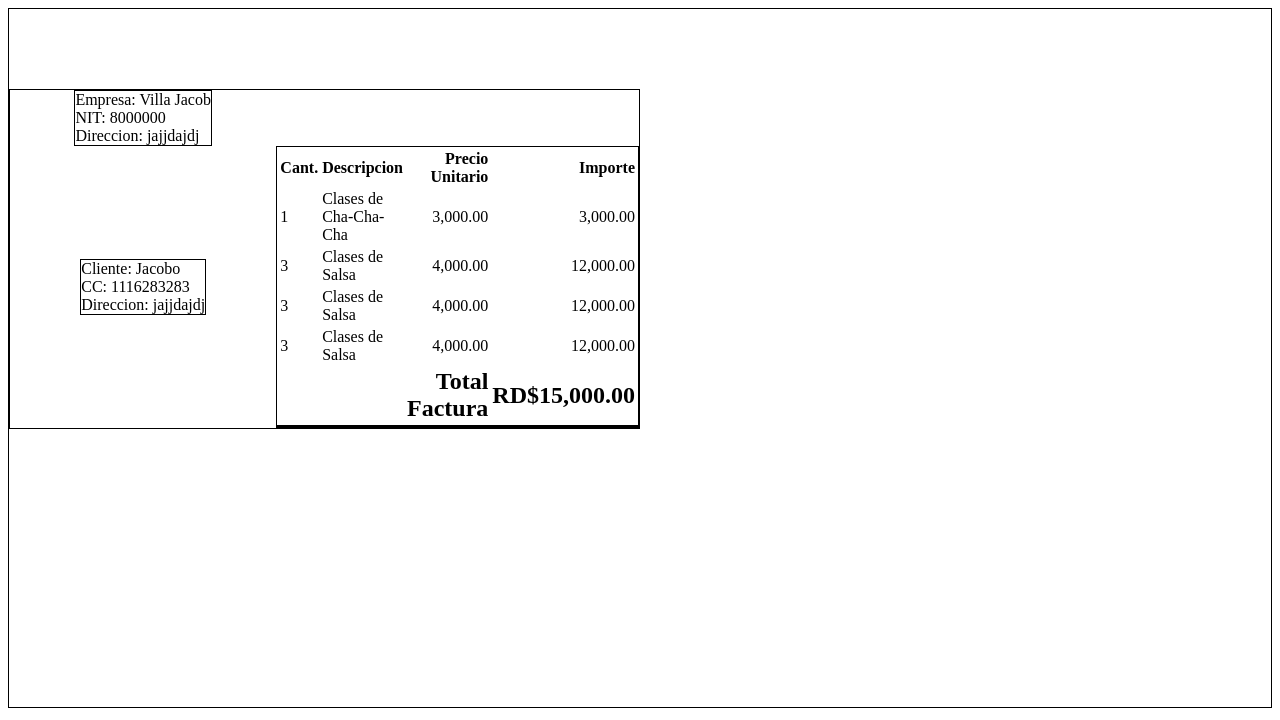
Repository: MrVanQish/FacturaEstructura
Page: index.html
An editor plug-in stored every save of this project. The page is shown before and after a run of saves, followed by the edit.
The browser window is 1280 px wide. The pictures show the whole page.

Above is the page before, as saved 2021-09-29 10:27:05.

### index.html
<!DOCTYPE html>
<html lang="en">
<head>
    <meta charset="UTF-8">
    <meta http-equiv="X-UA-Compatible" content="IE=edge">
    <meta name="viewport" content="width=device-width, initial-scale=1.0">
    <title>Document</title>
    <link rel="stylesheet" href="styles.css">
</head>
<body>

    <div class="wrapper">

        <div class="factura1">
                <div class="infoEmpresa-f">
                    Empresa: Villa Jacob
                    <br>
                    NIT: 8000000
                    <br>
                    Direccion: jajjdajdj
                </div>
                <div class="infoCliente-f">
                    Cliente: Jacobo
                    <br>
                    CC: 1116283283
                    <br>
                    Direccion: jajjdajdj
                </div>


                    <div class="items-f row my-5">
                        <table class="table table-borderless factura">
                          <thead>
                            <tr>
                              <th>Cant.</th>
                              <th>Descripcion</th>
                              <th>Precio Unitario</th>
                              <th>Importe</th>
                            </tr>
                          </thead>
                          <tbody>
                            <tr>
                              <td>1</td>
                              <td>Clases de Cha-Cha-Cha</td>
                              <td>3,000.00</td>
                              <td>3,000.00</td>
                            </tr>
                            <tr>
                              <td>3</td>
                              <td>Clases de Salsa</td>
                              <td>4,000.00</td>
                              <td>12,000.00</td>
                            </tr>
                            <tr>
                              <td>3</td>
                              <td>Clases de Salsa</td>
                              <td>4,000.00</td>
                              <td>12,000.00</td>
                            </tr>
                            <tr>
                              <td>3</td>
                              <td>Clases de Salsa</td>
                              <td>4,000.00</td>
                              <td>12,000.00</td>
                            </tr>
                          </tbody>
                          <tfoot>
                            <tr>
                              <th></th>
                              <th></th>
                              <th>Total Factura</th>
                              <th>RD$15,000.00</th>
                            </tr>
                          </tfoot>
                        </table>
                        <div class="cond row"></div>
                      </div>

        </div>

    </div>









    </div>

</body>
</html>

### styles.css
@page {
    size: A4 landscape;
}

.factura {
  table-layout: fixed;
}

.fact-info > div > h5 {
  font-weight: bold;
}

.factura > thead {
  border-top: solid 3px #000;
  border-bottom: 3px solid #000;
}

.factura > thead > tr > th:nth-child(2), .factura > tbod > tr > td:nth-child(2) {
  width: 300px;
}

.factura > thead > tr > th:nth-child(n+3) {
  text-align: right;
}

.factura > tbody > tr > td:nth-child(n+3) {
  text-align: right;
}

.factura > tfoot > tr > th, .factura > tfoot > tr > th:nth-child(n+3) {
  font-size: 24px;
  text-align: right;
}

.cond {
  border-top: solid 2px #000;
}


.wrapper {
    height: 97vh;
    border: 1px solid #000;
    display: grid;
    grid-template-columns: 1fr 1fr;
    grid-template-rows: 500px;
    grid-template-areas:
      "f1 f2";
  }

  .factura1 {

    display: grid;
    grid-area: f1;
    align-self: center;
    justify-self: center;
    border: 1px solid #000;
    grid-template-columns: 1fr 1fr;
    grid-template-rows: 1fr;
    grid-template-areas:
      "infoEmpresa-f x"
      "infoCliente-f items-f"
  }


.infoEmpresa-f{

    grid-area: infoEmpresa-f;
    border: 1px solid #000;
    align-self: center;
    justify-self: center;

}

.infoCliente-f{
    grid-area: infoCliente-f;
    border: 1px solid #000;
    align-self: center;
    justify-self: center;
}

.items-f{
    grid-area: items-f;
    border: 1px solid #000;
    align-self: center;
    justify-self: center;
}

After the next 2 saves:
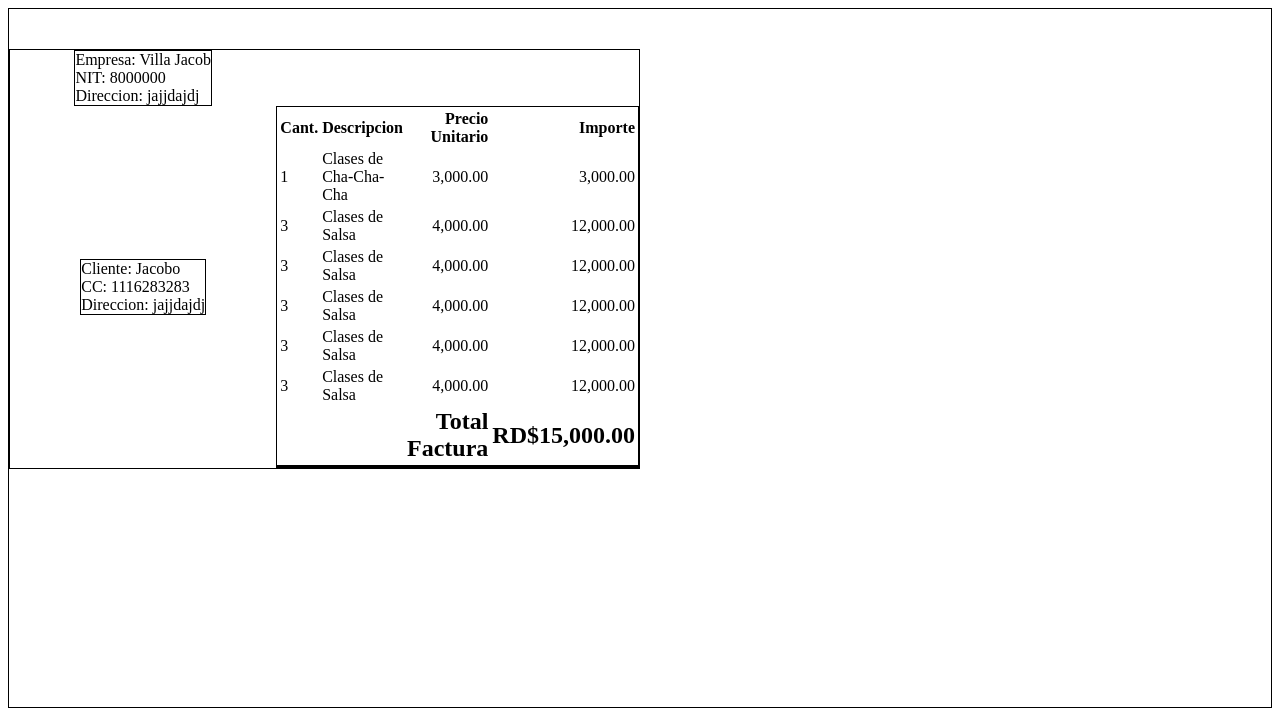
The 2 saves are shown as one change because they came seconds apart.
The last was saved 17 s later.
--- a/index.html
+++ b/index.html
@@ -63,6 +63,18 @@
                               <td>4,000.00</td>
                               <td>12,000.00</td>
                             </tr>
+                            <tr>
+                                <td>3</td>
+                                <td>Clases de Salsa</td>
+                                <td>4,000.00</td>
+                                <td>12,000.00</td>
+                              </tr>
+                              <tr>
+                                <td>3</td>
+                                <td>Clases de Salsa</td>
+                                <td>4,000.00</td>
+                                <td>12,000.00</td>
+                              </tr>
                           </tbody>
                           <tfoot>
                             <tr>
